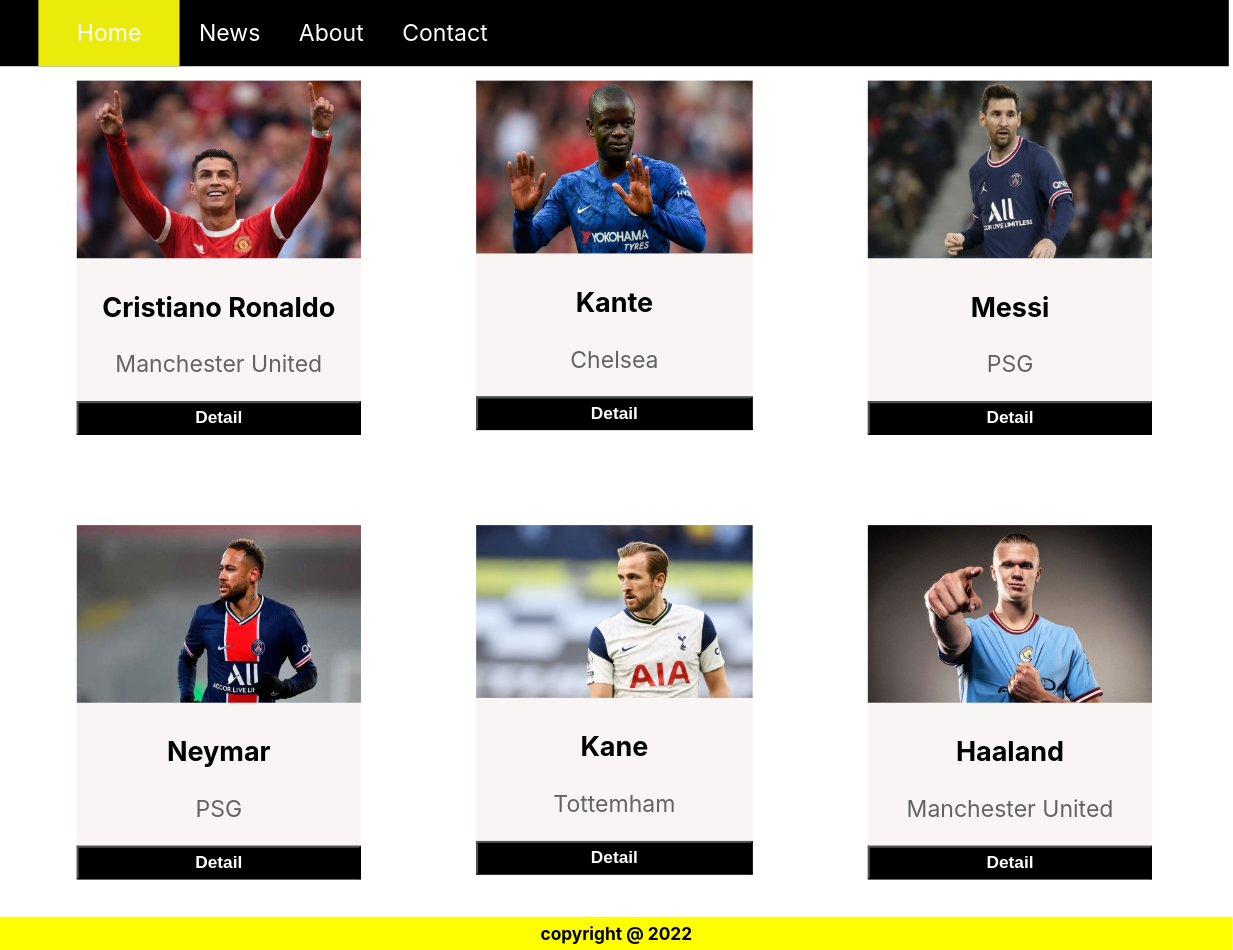
Repository: hoangdanh2/FER
Page: /
These files come from the project's save history. The page is drawn as it stood at one moment and after a run of saves; the edit follows.
The browser window is 1280 px wide. The page is 1284 px wide, so the pictures cover 1284 px, including what lies to the right of the window. The pictures show the whole page, at 96% of full size.
The project was rebuilt for these pictures with package versions that can differ from the ones it lists, and the page was loaded fresh each time.

Above is the page before, as saved 2023-06-05 14:25:13.

After the next 4 saves:
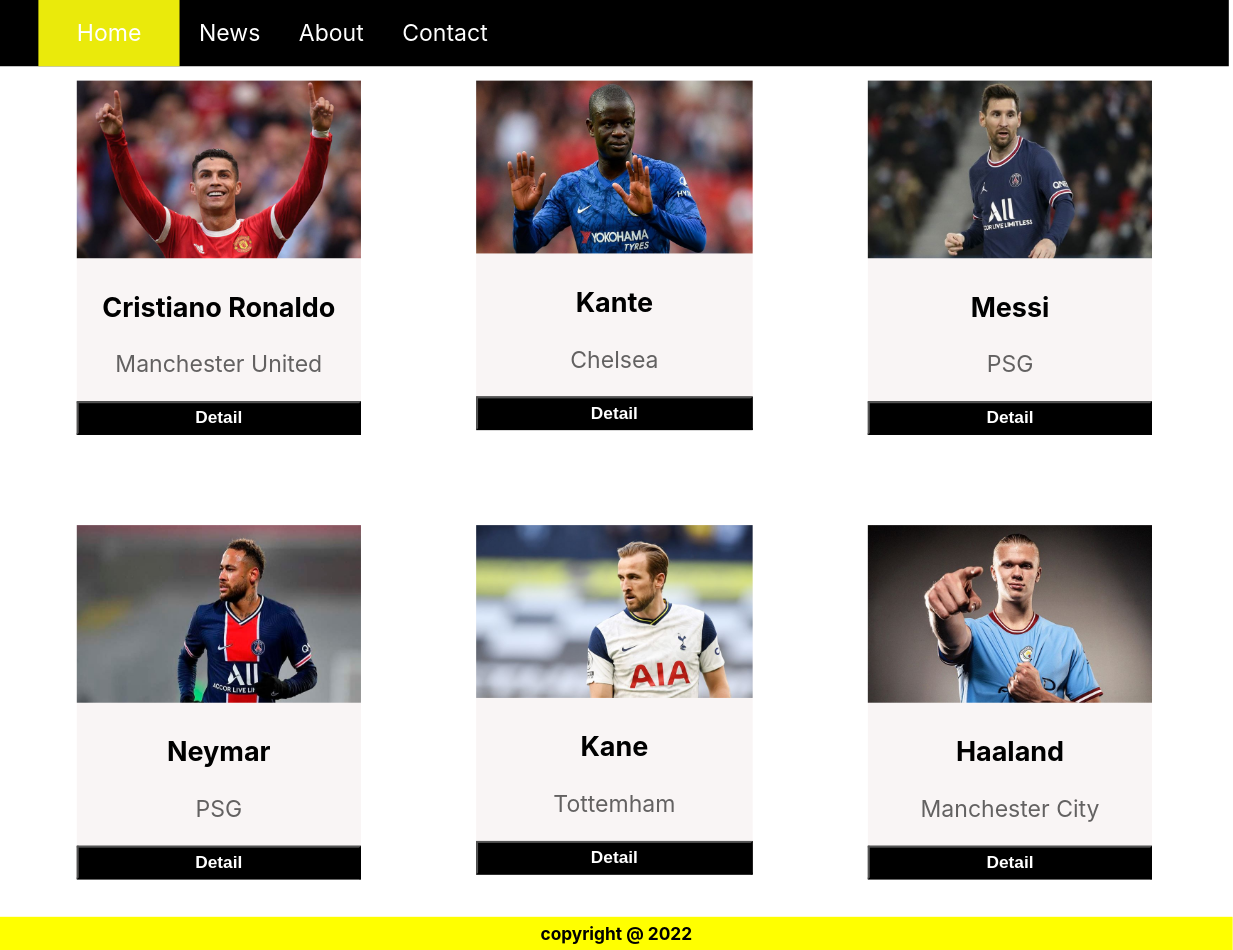
The 4 saves are shown as one change because 2 did not build or start and some came seconds apart.
The last was saved 72 s later.
--- a/src/components/Player.js
+++ b/src/components/Player.js
@@ -1,57 +1,21 @@
 import React, { Component } from "react";
+import { Players } from '../shared/ListOfPlayers';
+
 export default class player extends Component {
     render() {
         return (
-            <div className="container">
-                <div className="column">
-                    <div className="card">
-                        <img src="assets/images/cr.jpg" alt=""/>
-                        <h3>Cristiano Ronaldo</h3>
-                        <p className="title">Manchester United</p>
-                        <p><button>Detail</button></p>
-                    </div>
-                </div>
-                <div className="column">
-                    <div className="card">
-                        <img src="assets/images/kante.jpg" alt=""/>
-                        <h3>Kante</h3>
-                        <p className="title">Chelsea</p>
-                        <p><button>Detail</button></p>
-                    </div>
-                </div>
-                <div className="column">
-                    <div className="card">
-                        <img src="assets/images/messi.jpg" alt=""/>
-                        <h3>Messi</h3>
-                        <p className="title">PSG</p>
-                        <p><button>Detail</button></p>
-                    </div>
-                </div>
-                <div className="column">
-                    <div className="card">
-                        <img src="assets/images/neymar.jpg" alt=""/>
-                        <h3>Neymar</h3>
-                        <p className="title">PSG</p>
-                        <p><button>Detail</button></p>
-                    </div>
-                </div>
-                <div className="column">
-                    <div className="card">
-                        <img src="assets/images/kane.jpg" alt=""/>
-                        <h3>Kane</h3>
-                        <p className="title">Tottemham</p>
-                        <p><button>Detail</button></p>
-                    </div>
-                </div>
-                <div className="column">
-                    <div className="card">
-                        <img src="assets/images/haaland.jpg" alt=""/>
-                        <h3>Haaland</h3>
-                        <p className="title">Manchester United</p>
-                        <p><button>Detail</button></p>
-                    </div>
-                </div>
+            <div className='container'>
+                {Players.map((player)=>(
+                   <div className='column'>
+                   <div className='card'>
+                   <img src={player.img} alt=""/>
+                     <h3>{player.name}</h3>
+                     <p className='title'>{player.club}</p>
+                     <p><button>Detail</button></p>
+                   </div>
+                 </div>
+                ))}
             </div>
-        )
+          )
     }
 }
